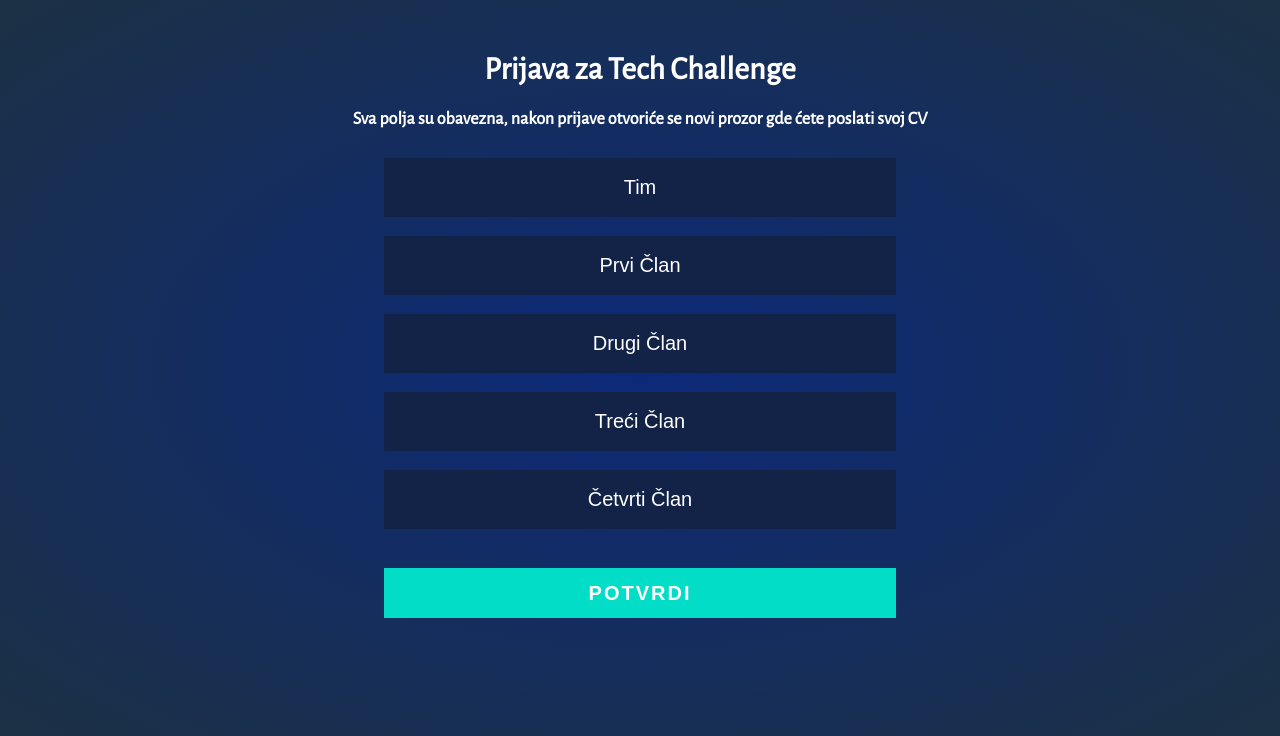
Repository: MilenaPetrovic/fonhakaton2019
Page: prijava/PrijaveTech.html
An editor plug-in stored every save of this project. The page is shown before and after the next save, followed by the edit.
The browser window is 1280 px wide. The pictures show the whole page.
Some web libraries are served in a nearby version.

Above is the page before, as saved 2019-02-19 15:13:09.
Console error: ReferenceError: Glide is not defined

After the next save:
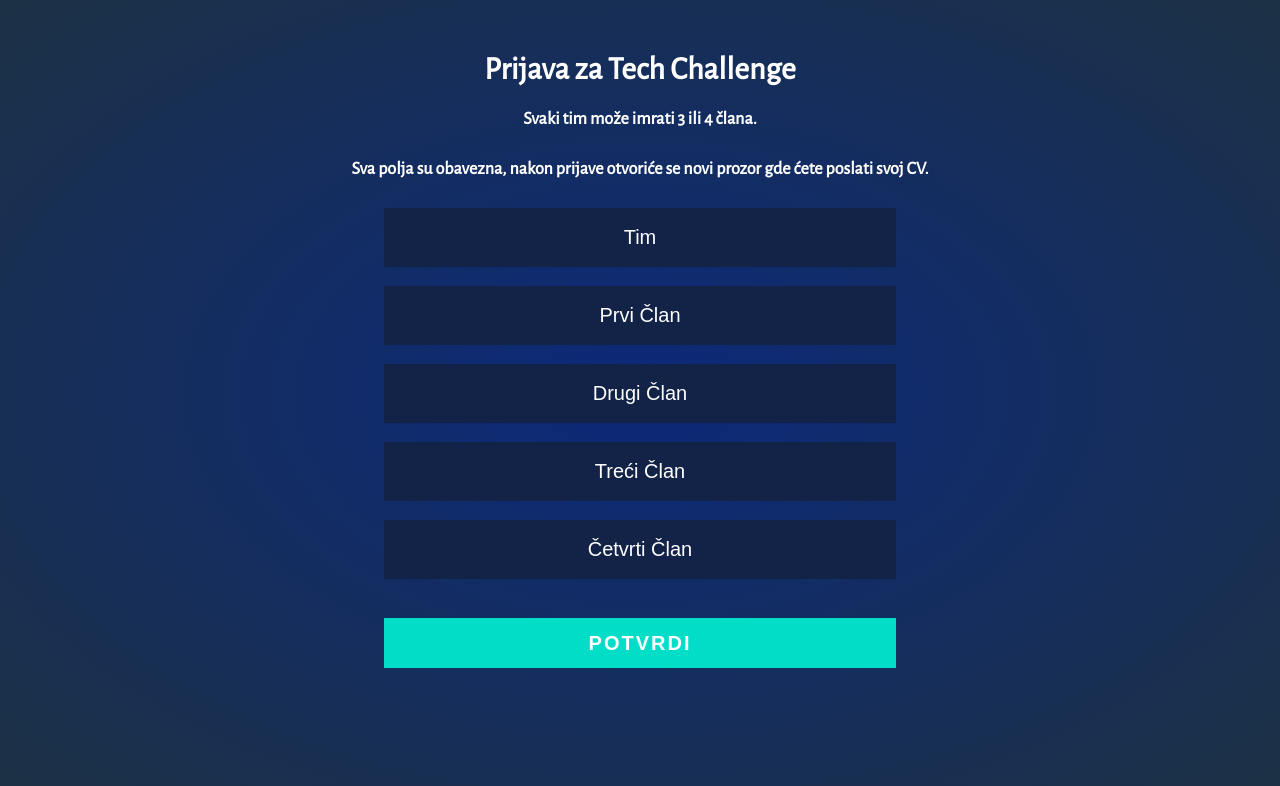
Saved 18 s later.
--- a/prijava/PrijaveTech.html
+++ b/prijava/PrijaveTech.html
@@ -12,7 +12,8 @@
 <body>
 
 <h1>Prijava za Tech Challenge</h1>
-<h3>Sva polja su obavezna, nakon prijave otvoriće se novi prozor gde ćete poslati svoj CV</h3>
+<h3>Svaki tim može imrati 3 ili 4 člana.</h3>
+<h3>Sva polja su obavezna, nakon prijave otvoriće se novi prozor gde ćete poslati svoj CV.</h3>
 
 <form name="submit-to-google-sheet">
     <button type="button" class="collapsible">Tim</button>
